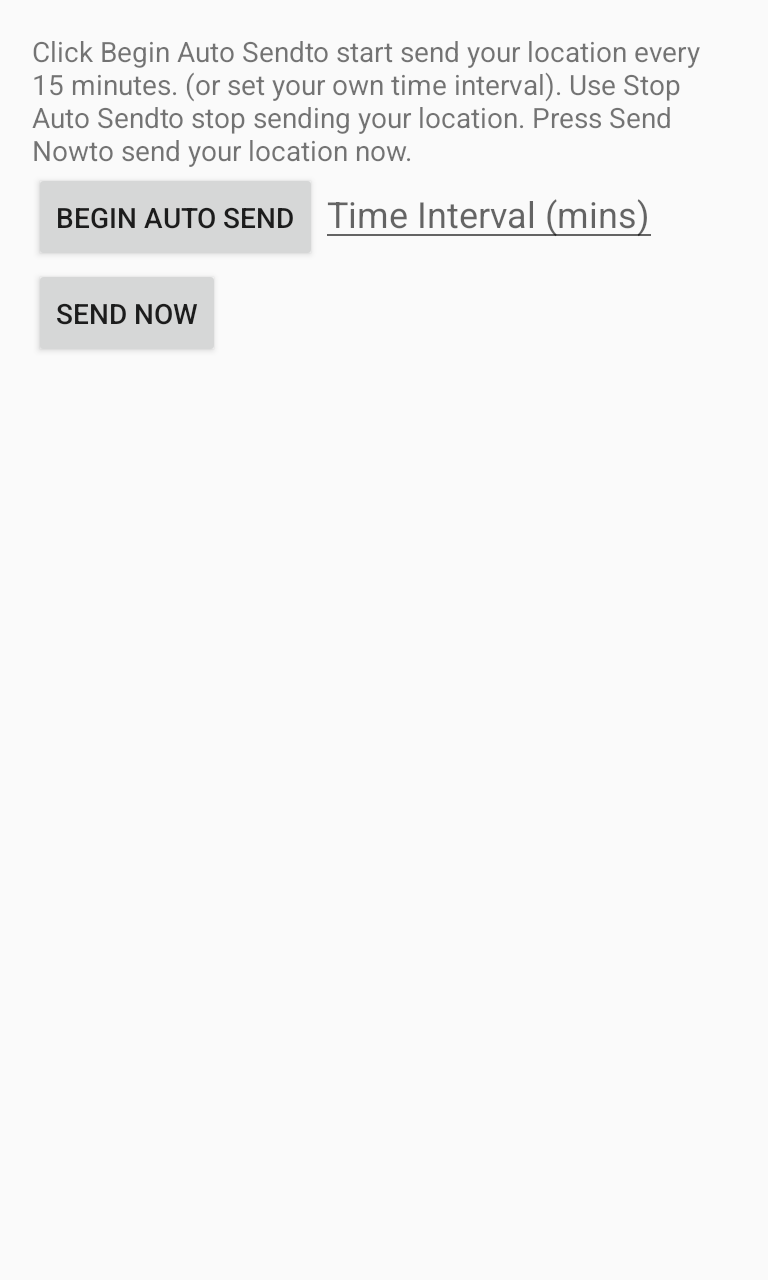
Repository: haidark/rahat
Layout: android/Rahat/res/layout/fragment_main.xml
These files come from the project's save history. The layout is drawn as it stood at one moment and after the next save; the edit follows.
It is drawn on a 768 x 1280 px phone screen (xhdpi) without system bars, with theme AppTheme; the app's code is not run.

Above is the layout before, as saved 2014-05-01 23:38:57.

After the next save:
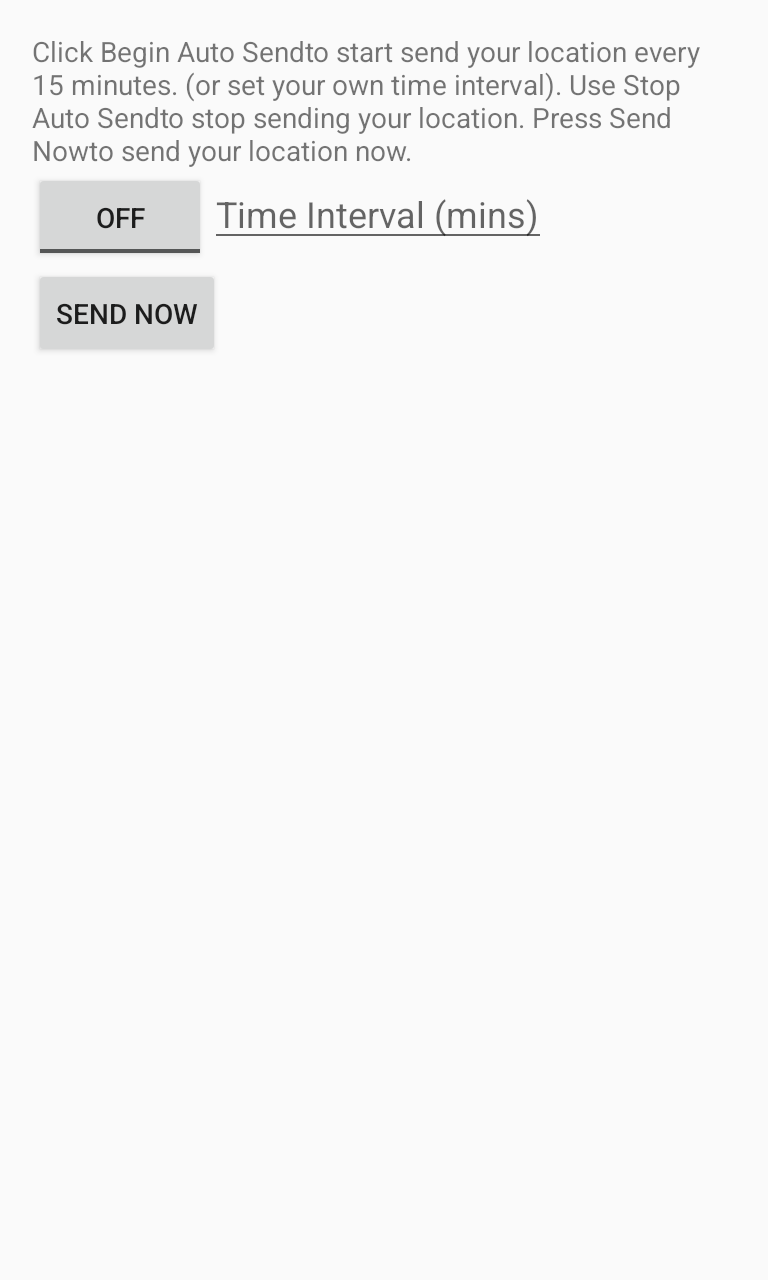
Saved 2 min 13 s later.
--- a/android/Rahat/res/layout/fragment_main.xml
+++ b/android/Rahat/res/layout/fragment_main.xml
@@ -17,7 +17,7 @@
     			  android:layout_height="wrap_content"
     			  android:orientation="horizontal">
 
-        <Button	android:layout_width="wrap_content"
+        <ToggleButton	android:layout_width="wrap_content"
 		        android:layout_height="wrap_content"
 		        android:text="@string/button_service"
 		        android:onClick="startService" />
